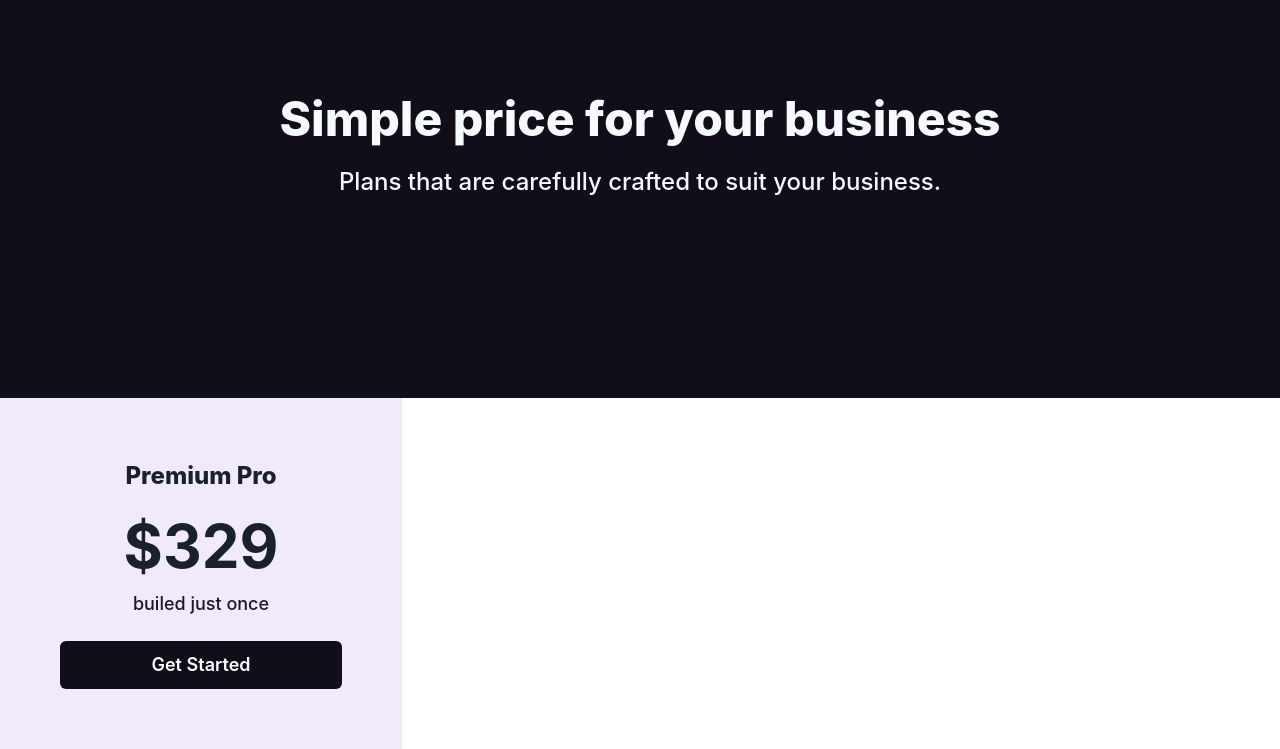
Repository: noutijo/learn-in-depth-chakra-ui
Page: /
An editor plug-in stored every save of this project. The page is shown before and after the next save, followed by the edit.
The browser window is 1280 px wide. The pictures show the whole page.
The project was rebuilt for these pictures with package versions that can differ from the ones it lists, and the page was loaded fresh each time. Also part of the build but not shown: vite.config.ts.

Above is the page before, as saved 2023-01-30 15:46:01.

### src/main.tsx
import React from 'react'
import ReactDOM from 'react-dom/client'
import App from './App'
import { ChakraProvider } from "@chakra-ui/react"

ReactDOM.createRoot(document.getElementById('root') as HTMLElement).render(
  <ChakraProvider>
  <React.StrictMode>
    <App />
  </React.StrictMode>
  </ChakraProvider>,
)

### src/App.tsx
//import './App.css'
import "./App.css";
import { Box, Flex, Stack, VStack, HStack } from "@chakra-ui/react";
import { Header  } from "./components/Header";
import { Pricing } from "./components/Pricing";

export default function App() {
  return (
    <div className="App">
      <Box>
        <Header />
        <Pricing />
      </Box>
    </div>
  );
}

### src/App.css
#root {
  max-width: 1280px;
  margin: 0 auto;
  text-align: center;
}

.logo {
  height: 6em;
  padding: 1.5em;
  will-change: filter;
}
.logo:hover {
  filter: drop-shadow(0 0 2em #646cffaa);
}
.logo.react:hover {
  filter: drop-shadow(0 0 2em #61dafbaa);
}

@keyframes logo-spin {
  from {
    transform: rotate(0deg);
  }
  to {
    transform: rotate(360deg);
  }
}

@media (prefers-reduced-motion: no-preference) {
  a:nth-of-type(2) .logo {
    animation: logo-spin infinite 20s linear;
  }
}

.card {
  padding: 2em;
}

.read-the-docs {
  color: #888;
}

### src/components/Header.tsx
//import './App.css'
import { Box, Heading, Text, Flex } from "@chakra-ui/react";

export function Header() {
  return (
    <Box as="section" color="#F7FAFC" bg="#120E19" pt="90px" pb="198px" px="32px">
      <Heading fontWeight={800} fontSize={"48px"}>
        Simple price for your business
      </Heading>
      <Text fontWeight={500} fontSize={"24px"} mt="16px">
        Plans that are carefully crafted to suit your business.
      </Text>
    </Box>
  );
}

### src/components/Pricing.tsx
//import './App.css'
import { Box, Heading, Text, Flex, Button } from "@chakra-ui/react";

export function Pricing() {
  return (
    <Box>
      <Flex>
        <Box bg="#f0eafb" p="60px">
          <Text fontSize="24px" fontWeight="800">
            Premium Pro
          </Text>
          <Heading as="h3" fontSize="60px" mt="16px">
            $329
          </Heading>
          <Text fontSize="18px" fontWeight="500" color="#171923" mt="8px">
            builed just once
          </Text>
          <Button bg="#120E19" color="white" size={"lg"} w="282px" mt="24px">
            Get Started
          </Button>
        </Box>
        <Box></Box>
      </Flex>
    </Box>
  );
}

Loaded but not shown: index.html (common file)

After the next save:
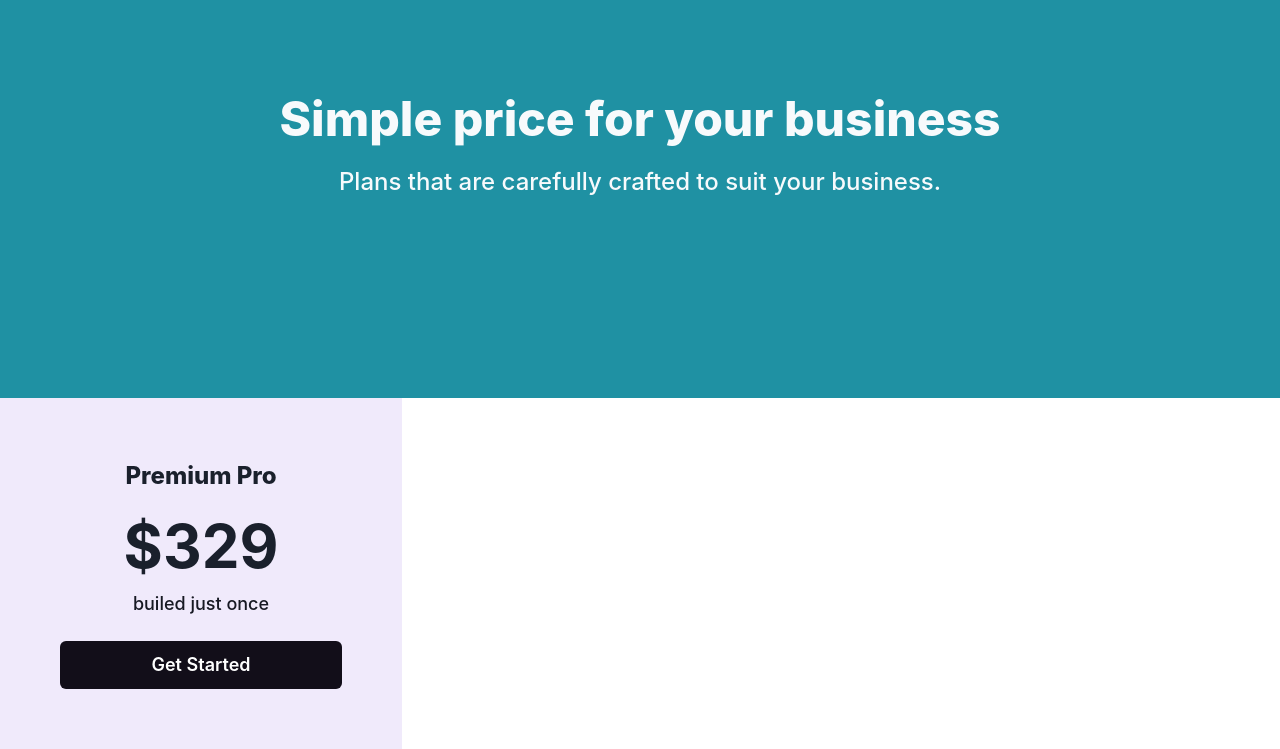
Saved 22 s later.
--- a/src/components/Header.tsx
+++ b/src/components/Header.tsx
@@ -3,7 +3,7 @@ import { Box, Heading, Text, Flex } from "@chakra-ui/react";
 
 export function Header() {
   return (
-    <Box as="section" color="#F7FAFC" bg="#120E19" pt="90px" pb="198px" px="32px">
+    <Box as="section" color="#F7FAFC" bg="#1F91A3" pt="90px" pb="198px" px="32px">
       <Heading fontWeight={800} fontSize={"48px"}>
         Simple price for your business
       </Heading>
